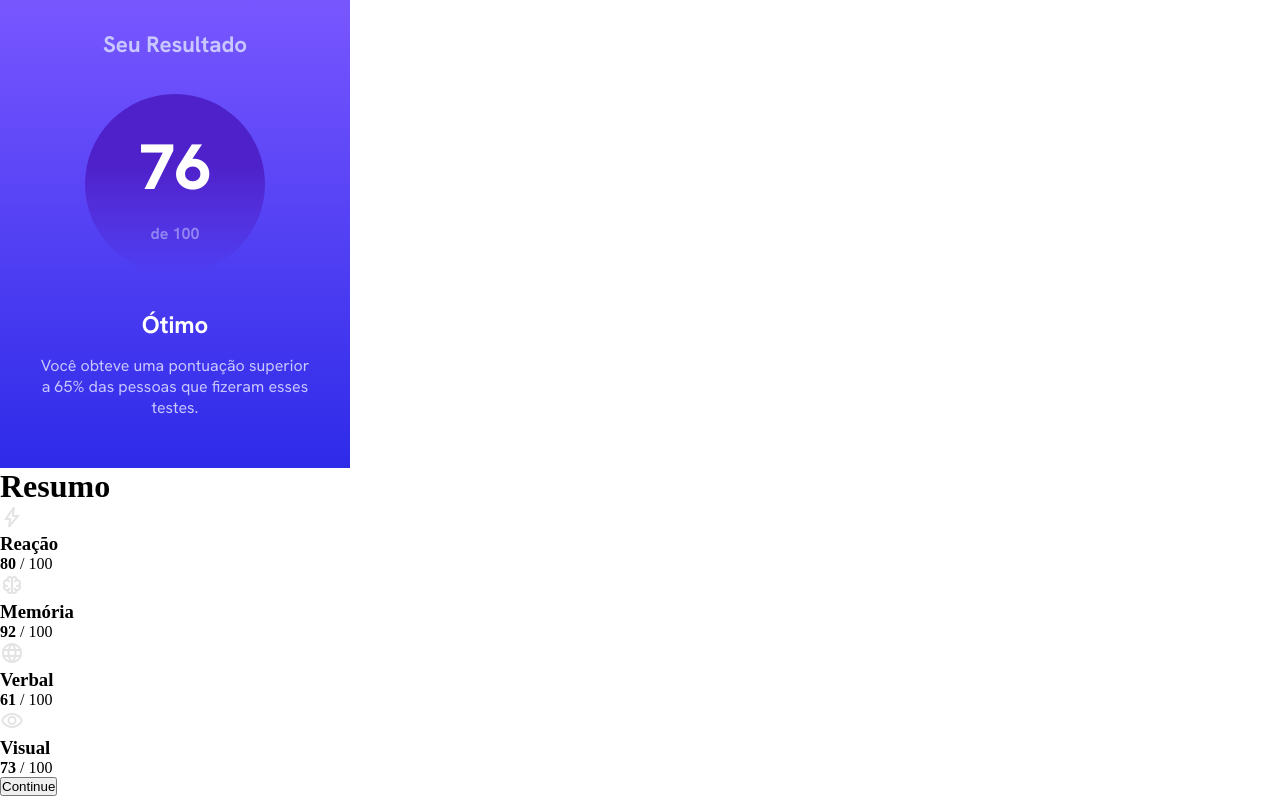
Repository: caique2512/resumo-de-resultados
Page: index.html
The author's editor kept a copy of each file at every save. The page is drawn from the files as they stood at one save, then again after a run of saves.
The browser window is 1280 px wide. The pictures show the whole page.

Above is the page before, as saved 2026-03-09 16:48:04.

### index.html
<!DOCTYPE html>
<html lang="pt-br">
<head>
    <meta charset="UTF-8">
    <meta name="viewport" content="width=device-width, initial-scale=1.0">
    <title>Resumo de Resultados</title>
    <link rel="stylesheet" href="src/css/estilos.css">
    <link rel="stylesheet" href="src/css/reset.css">
</head>
<body>
    <main class="conteudo">
        <div class="principal">
            <h1 class="titulo">Seu Resultado</h1>
            <div class="circulo">
                <h2>76</h2>
                <p>de 100</p>
            </div>
            <h2>Ótimo</h2>
            <p class="subtitle">Você obteve uma pontuação superior a 65% das pessoas que fizeram esses testes.</p>
        </div>
        <div>
            <h1 class="titulo1">Resumo</h1>
            <div class="classes">
                <div class="resumo1">
                    <img src="./src/images/raio.svg" alt="Raio">
                    <h3>Reação</h3>
                    <p><strong>80</strong> / 100</p>
                </div>
                <div class="resumo2">
                    <img src="./src/images/memoria.svg" alt="Memória">
                    <h3>Memória</h3>
                    <p><strong>92</strong> / 100</p>
                </div>
                <div class="resumo3">
                    <img src="./src/images/mensagem.svg" alt="Mensagem">
                    <h3>Verbal</h3>
                    <p><strong>61</strong> / 100</p>
                </div>
                <div class="resumo4">
                    <img src="./src/images/olho.svg" alt="olho">
                    <h3>Visual</h3>
                    <p><strong>73</strong> / 100</p>
                </div>
            </div>
            <button class="btn-resumo">Continue</button>
        </div>
    </main>
</body>
</html>

### src/css/estilos.css
@import url('https://fonts.googleapis.com/css2?family=Hanken+Grotesk:ital,wght@0,100..900;1,100..900&display=swap');


.principal {
    background: linear-gradient(hsl(252, 100%, 67%), hsl(241, 81%, 54%));
    width: 350px;
    display: flex;
    flex-direction: column;
    align-items: center;
}

.titulo {
    color: hsl(241, 100%, 89%);
    font-family: "Hanken Grotesk";
    margin-top: 30px;
    font-size: 1.4rem;
}

.circulo {
    background: linear-gradient(hsla(256, 72%, 46%, 1) 40%, hsla(241, 72%, 46%, 0));
    width: 180px;
    height: 180px;
    border-radius: 50%;
    display: flex;
    align-items: center;
    justify-content: center;
    flex-direction: column;
    margin: 35px 35px;
}

.circulo h2 {
    font-size: 4rem;
    font-family: "Hanken Grotesk";
    font-weight: 800;
    color: hsl(0, 0%, 100%);
}

.circulo p {
    color: hsla(241, 100%, 89%, 0.538);
    font-family: "Hanken Grotesk";
    font-weight: 700;
}

.principal h2 {
    color: white;
    font-family: "Hanken Grotesk";
    margin-bottom: 15px;
}

.principal .subtitle {
    color: hsl(241, 100%, 89%);
    font-family: "Hanken Grotesk";
    width: 270px;
    display: flex;
    text-align: center;
    margin-bottom: 50px;
}

Loaded but not shown: src/css/reset.css (common file)

After the next 3 saves:
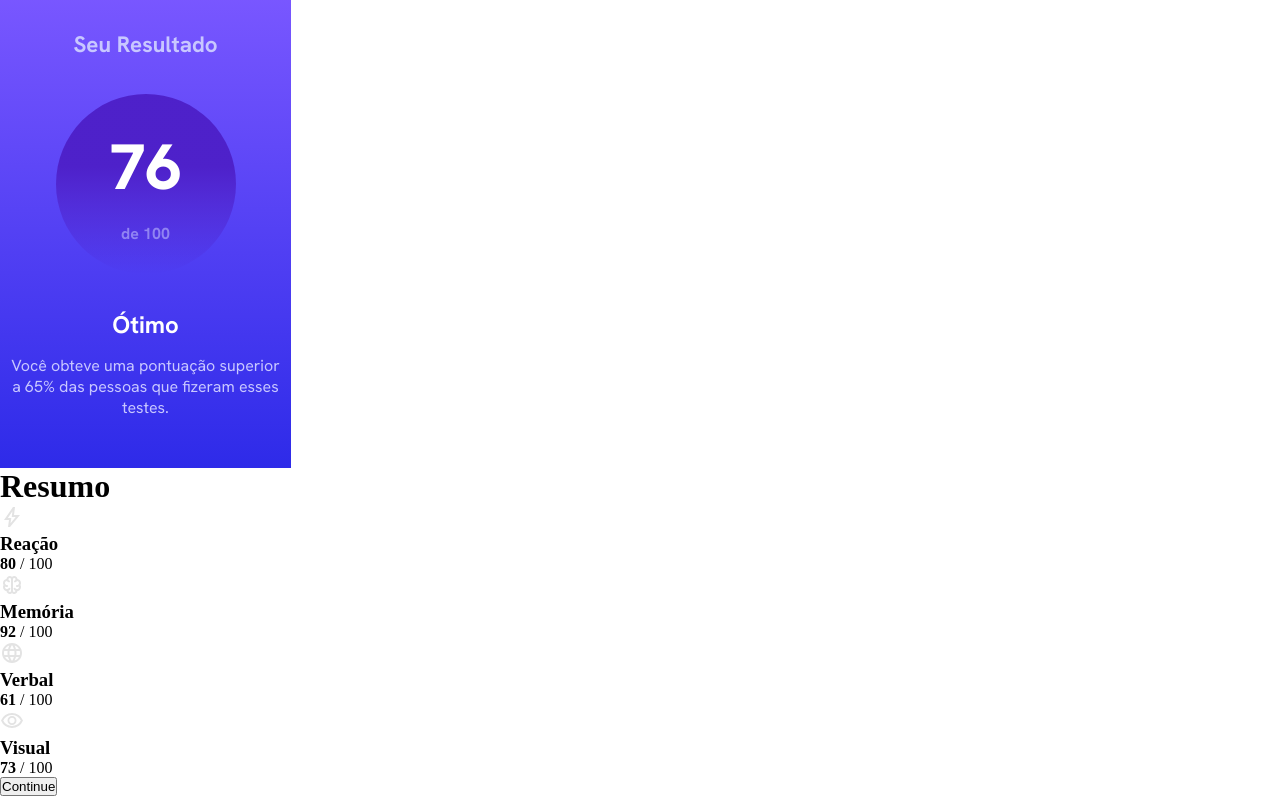
The 3 saves are shown as one change because they came seconds apart.
The last was saved 91 s later.
--- a/src/css/estilos.css
+++ b/src/css/estilos.css
@@ -3,7 +3,7 @@
 
 .principal {
     background: linear-gradient(hsl(252, 100%, 67%), hsl(241, 81%, 54%));
-    width: 350px;
+    width: 291px;
     display: flex;
     flex-direction: column;
     align-items: center;
